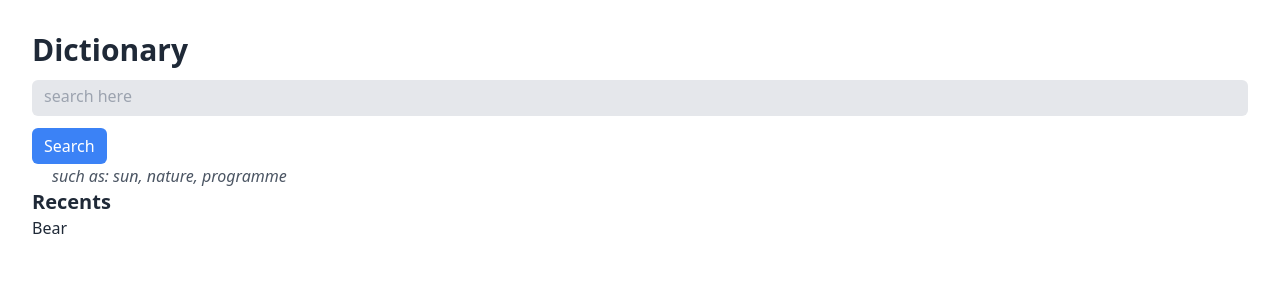
Repository: imokha01/dictionary-app
Page: /
These files come from the project's save history. The page is drawn as it stood at one moment and after the next save; the edit follows.
The browser window is 1280 px wide. The pictures show the whole page.
The project was rebuilt for these pictures with package versions that can differ from the ones it lists, and the page was loaded fresh each time. Also part of the build but not shown: vite.config.js, src/App.css.

Above is the page before, as saved 2024-02-19 11:02:21.

After the next save:
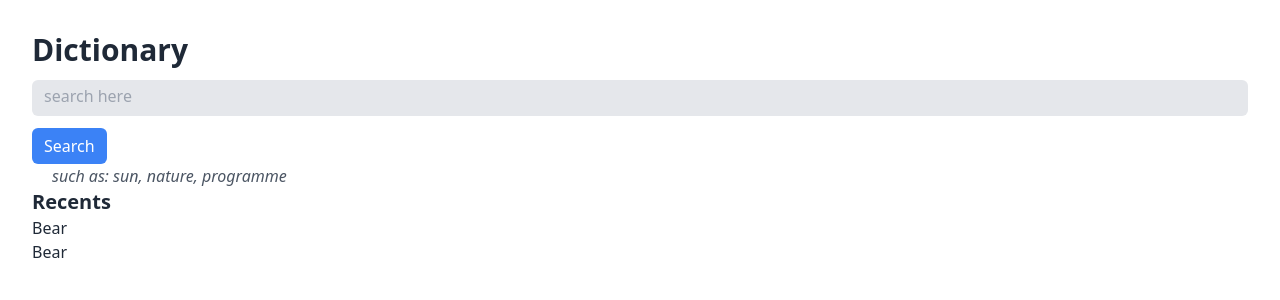
Saved 5 s later.
--- a/src/pages/Home.jsx
+++ b/src/pages/Home.jsx
@@ -14,6 +14,7 @@ const Home = () => {
                 <h2 className="text-xl font-semibold">Recents</h2>
                 <ul>
                     <li>Bear</li>
+                    <li>Bear</li>
                 </ul>
             </div>
         </div>
